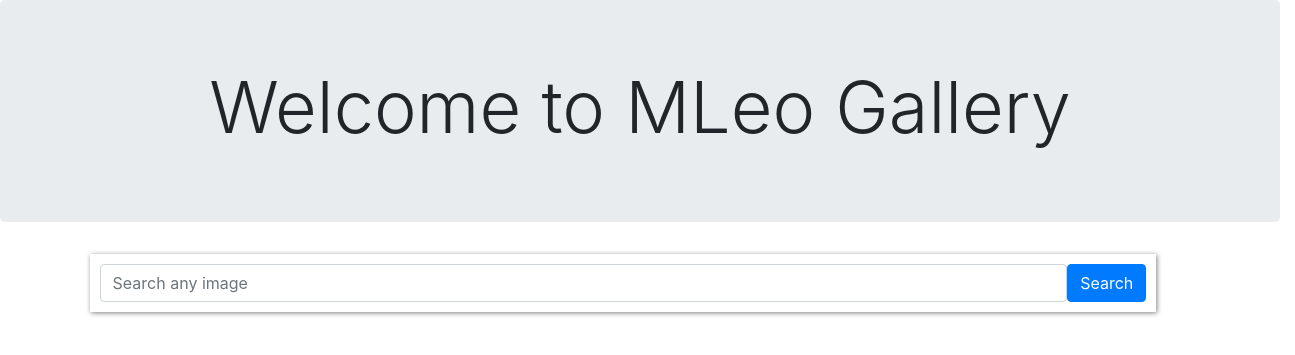
Repository: the-manohar/gallery
Page: /
An editor plug-in stored every save of this project. The page is shown before and after the next save, followed by the edit.
The browser window is 1280 px wide. The page is 1295 px wide, so the pictures cover 1295 px, including what lies to the right of the window. The pictures show the whole page.
The project was rebuilt for these pictures with package versions that can differ from the ones it lists, and the page was loaded fresh each time.

Above is the page before, as saved 2020-06-18 23:48:03.

### src/index.js
import React from "react";
import ReactDOM from "react-dom";
import "./index.css";
import "bootstrap/dist/css/bootstrap.css";
import App from "./App";
import * as serviceWorker from "./serviceWorker";

ReactDOM.render(
  <React.StrictMode>
    <App />
  </React.StrictMode>,
  document.getElementById("root")
);

// If you want your app to work offline and load faster, you can change
// unregister() to register() below. Note this comes with some pitfalls.
// Learn more about service workers: https://bit.ly/CRA-PWA
serviceWorker.unregister();

### src/App.js
import React, { useState } from "react";
import { Button, InputGroup, Input, Jumbotron, Spinner } from "reactstrap";

import "./App.css";

function App() {
  const [value, setValue] = useState("");
  const [result, setResult] = useState([]);
  const fetchImages = () => {
    fetch(
      `https://api.unsplash.com/search/photos/?client_id=V38aA4zOjg1Xb1lBpNRUAK8duXvqwhDHHJbssXB_Pps&query=${value}&orientation=squarish&per_page=18`
    )
      .then((res) => res.json())
      .then((data) => {
        setResult(data.results);
      });
  };
  return (
    <div className="row">
      <div className="App col-sm-5 col-md-12 col-xs-8">
        <Jumbotron>
          <h1 className="display-3">Welcome to MLeo Gallery</h1>
        </Jumbotron>
        <div className="mydiv col-sm-4 col-md-10 col-xs-4 ">
          <InputGroup>
            <Input
              placeholder="Search any image"
              value={value}
              onChange={(event) => setValue(event.target.value)}
            />
          </InputGroup>
          <Button color="primary" onClick={() => fetchImages()}>
            Search
          </Button>
        </div>

        {
          result.length > 0 ? (
            <div className="col-sm-12">
              {result.map((item) => {
                return (
                  <img
                    className=" img-thumbnail"
                    key={item.id}
                    src={item.urls.small}
                    alt={item.urls.small}
                  />
                );
              })}
            </div>
          ) : null
          // <Spinner style={{ width: "3rem", height: "3rem" }} />
        }
      </div>
    </div>
  );
}

export default App;

//

### src/App.css
.App {
  text-align: center;
}
.mydiv {
  display: flex;
  justify-content: space-around;
  margin: 10px 7%;
  box-shadow: 1px 1px 5px grey;
  padding: 10px;
}
.gallery {
  display: flex;
  flex-wrap: wrap;
  justify-content: space-around;
}
.item {
  width: 30%;
  margin: 5px;
}

Loaded but not shown: public/index.html (common file); src/index.css (common file); src/serviceWorker.js (common file)

After the next save:
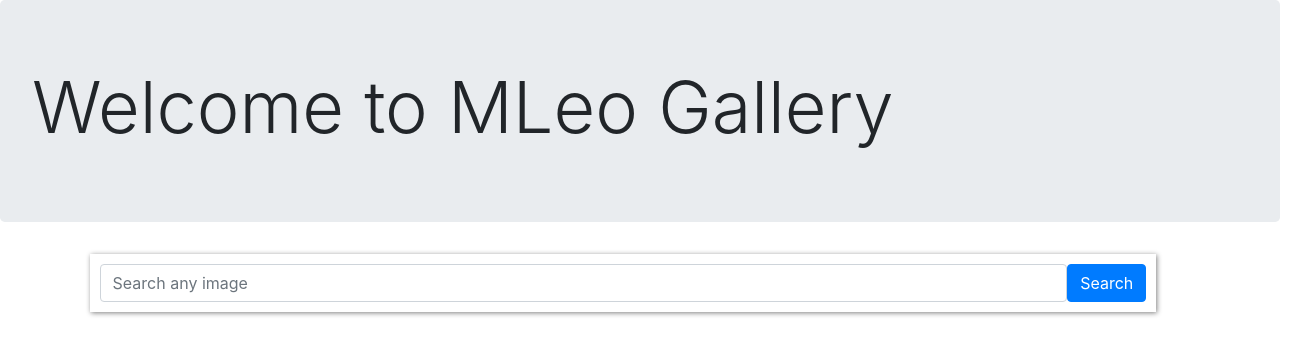
Saved 2 min 2 s later.
--- a/src/App.css
+++ b/src/App.css
@@ -1,6 +1,3 @@
-.App {
-  text-align: center;
-}
 .mydiv {
   display: flex;
   justify-content: space-around;

After the save that followed:
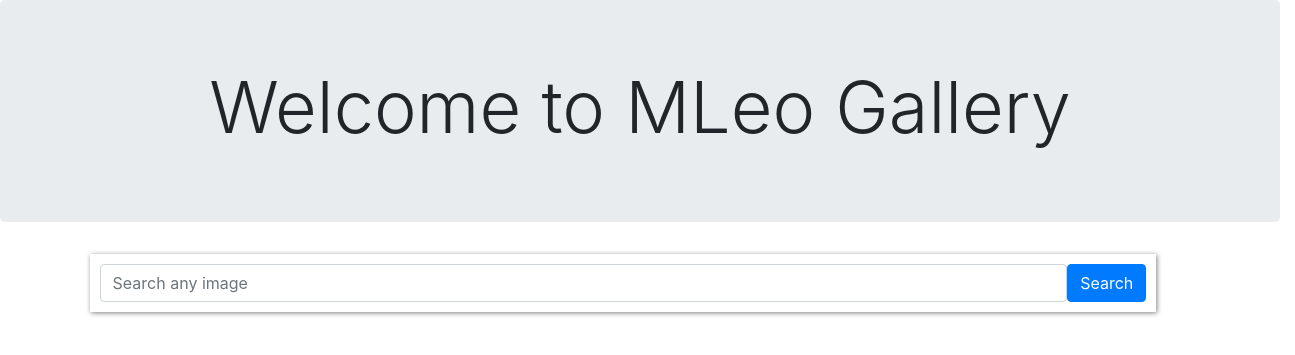
Saved 14 s later.
--- a/src/App.css
+++ b/src/App.css
@@ -1,3 +1,6 @@
+.App {
+  text-align: center;
+}
 .mydiv {
   display: flex;
   justify-content: space-around;
